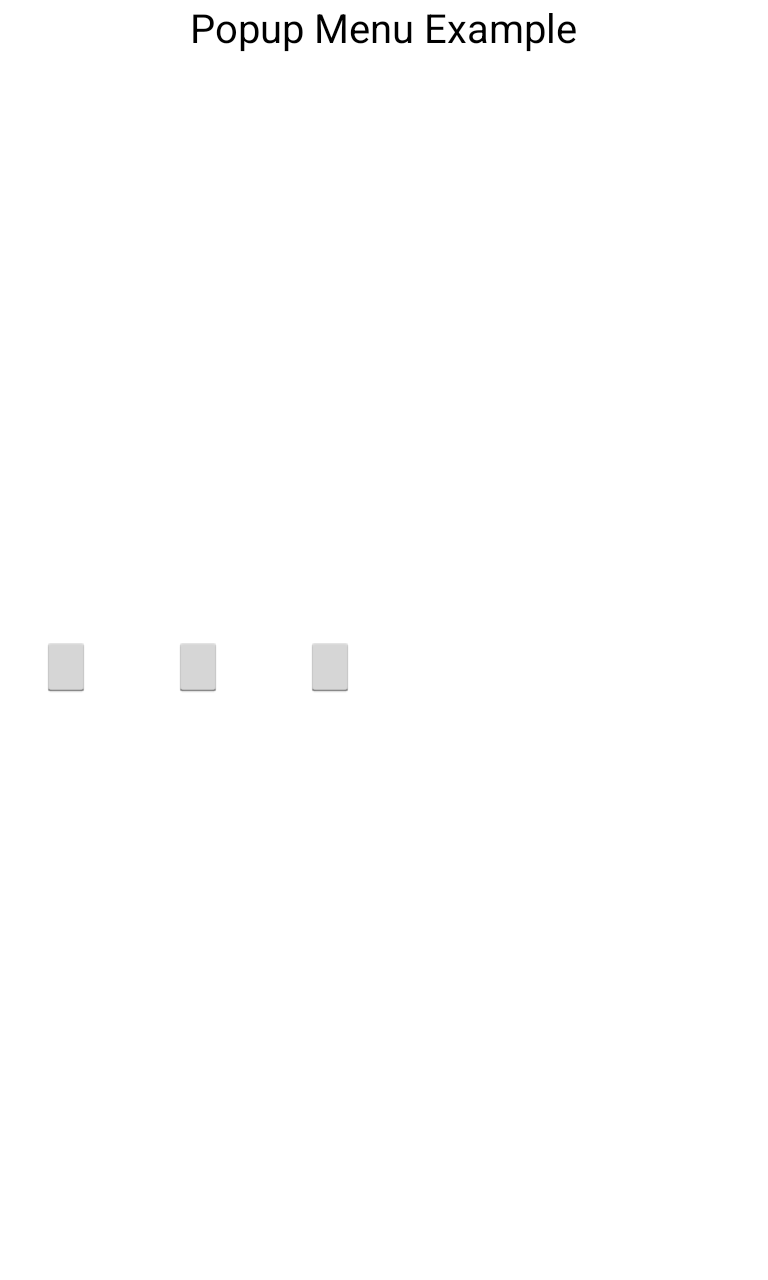
Repository: k-chung/fatelogin
Layout: popupmenu/Main/res/layout/main.xml
These files come from the project's save history. The layout is drawn as it stood at one moment and after the next save; the edit follows.
It is drawn on a 768 x 1280 px phone screen (xhdpi) without system bars, with theme AppTheme; the app's code is not run.

Above is the layout before, as saved 2014-08-16 22:58:40.

### popupmenu/Main/res/layout/main.xml
<LinearLayout xmlns:android="http://schemas.android.com/apk/res/android"
    android:layout_width="fill_parent"
    android:layout_height="fill_parent"
    android:gravity="center"
    android:orientation="vertical">

    <TextView
        android:layout_width="wrap_content"
        android:layout_height="wrap_content"
        android:layout_gravity="center"
        android:textSize="20sp"
        android:textColor="#000000"
        android:layout_margin="20dip"
        android:text="Popup Menu Example" />

    <LinearLayout
        android:layout_width="match_parent"
        android:layout_height="match_parent"
        android:orientation="horizontal">
	    <ImageButton
	        android:layout_width="wrap_content"
	        android:layout_height="wrap_content"
	        android:layout_margin="20dip"
	        android:layout_gravity="center"
	        android:id="@+id/anchor"/>
	    <ImageButton
	        android:layout_width="wrap_content"
	        android:layout_height="wrap_content"
	        android:layout_margin="20dip"
	        android:layout_gravity="center"
	        android:id="@+id/person1"/>
	    <ImageButton
	        android:layout_width="wrap_content"
	        android:layout_height="wrap_content"
	        android:layout_margin="20dip"
	        android:layout_gravity="center"
	        android:id="@+id/person2"/>
    </LinearLayout>

    <TextView
        android:layout_width="wrap_content"
        android:layout_height="wrap_content"
        android:layout_margin="20dip"
        android:layout_gravity="center"
        android:textSize="40sp"
        android:textColor="#808080"
        android:id="@+id/selection"/>

</LinearLayout>

Loaded but not shown: popupmenu/Main/res/values/styles.xml (common file); popupmenu/Main/res/values-v11/styles.xml (common file); popupmenu/Main/res/values-v14/styles.xml (common file)

After the next save:
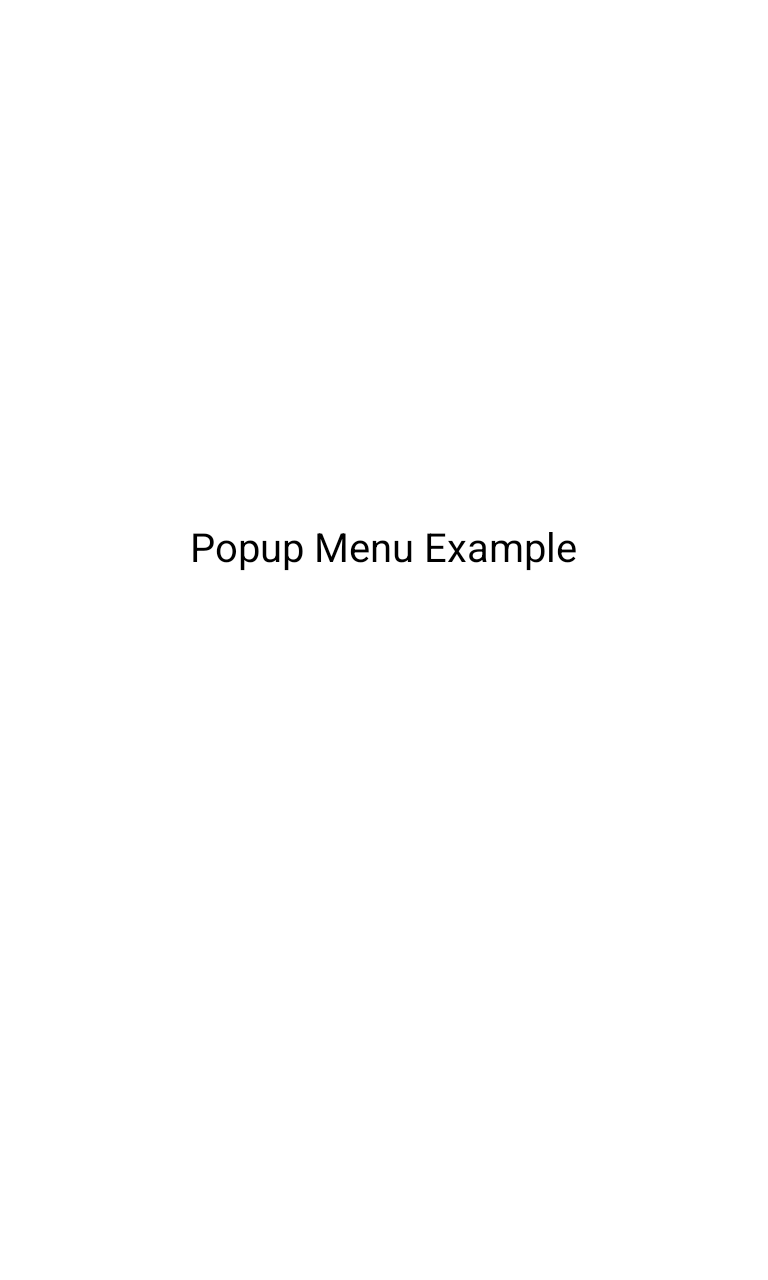
Saved 38 min 51 s later.
--- a/popupmenu/Main/res/layout/main.xml
+++ b/popupmenu/Main/res/layout/main.xml
@@ -14,8 +14,6 @@
         android:text="Popup Menu Example" />
 
     <LinearLayout
-        android:layout_width="match_parent"
-        android:layout_height="match_parent"
         android:orientation="horizontal">
 	    <ImageButton
 	        android:layout_width="wrap_content"

After the save that followed:
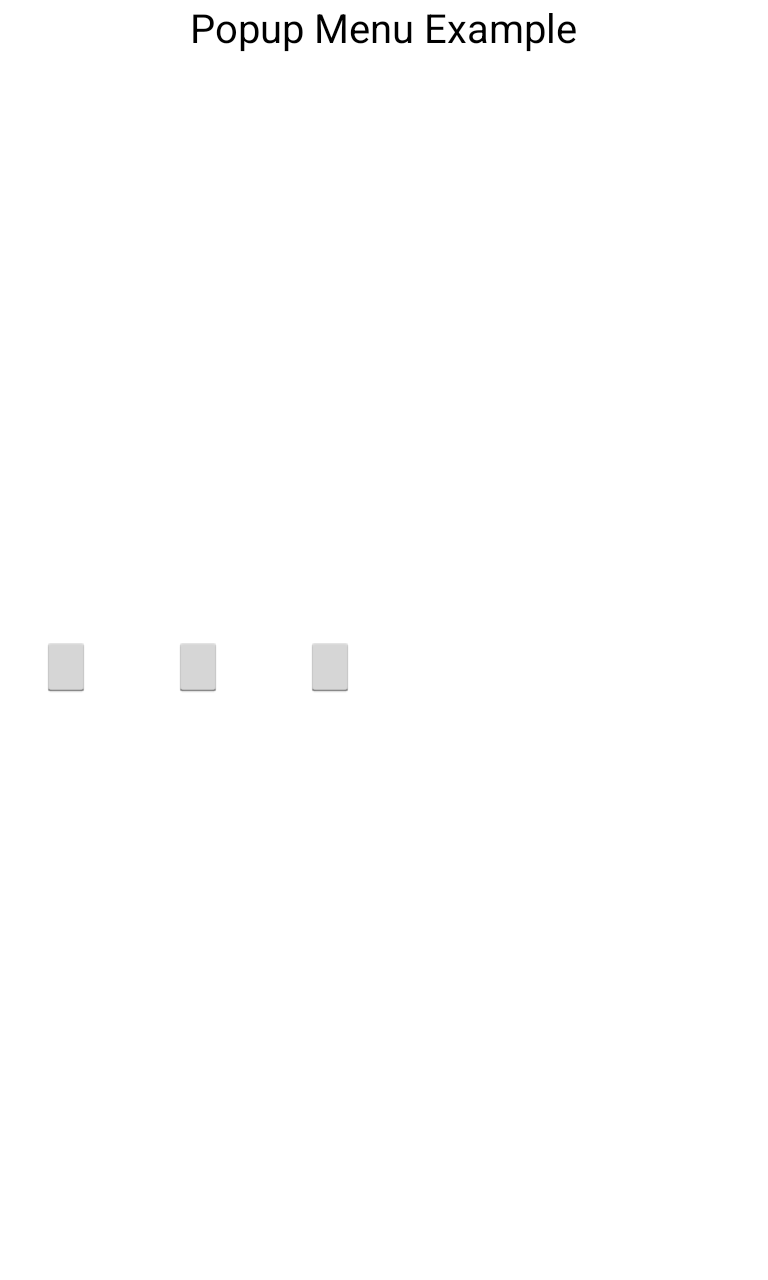
Saved 6 s later.
--- a/popupmenu/Main/res/layout/main.xml
+++ b/popupmenu/Main/res/layout/main.xml
@@ -14,6 +14,8 @@
         android:text="Popup Menu Example" />
 
     <LinearLayout
+        android:layout_width="match_parent"
+        android:layout_height="match_parent"
         android:orientation="horizontal">
 	    <ImageButton
 	        android:layout_width="wrap_content"
